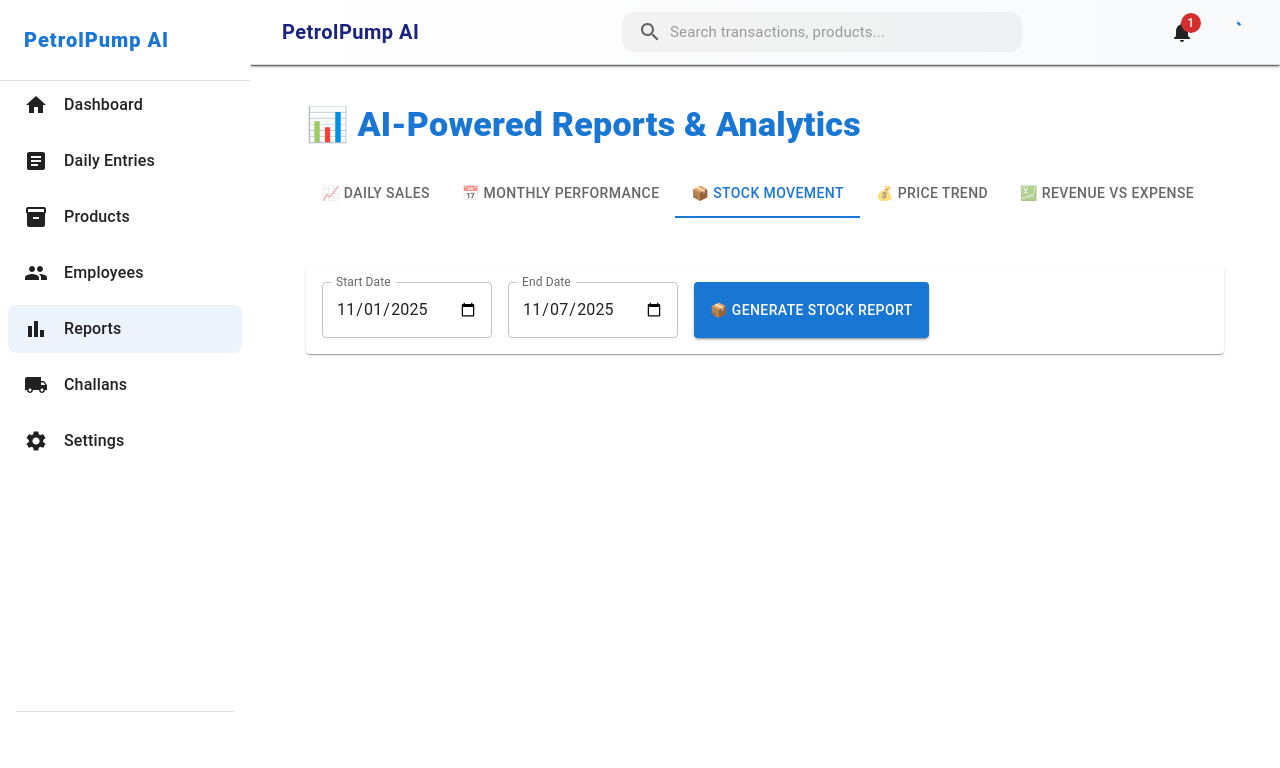
Repository: saquib0509/AI-Enabled-Retail-Management-
Page: /reports (app in frontend/), after clicking the first element matching `#tab-2`
These files come from the project's save history. The page is drawn as it stood at one moment and after a run of saves; the edit follows.
The browser window is 1280 px wide. The pictures show the whole page.
The page's requests for data from a server got no answer. The project was rebuilt for these pictures with package versions that can differ from the ones it lists, and the page was loaded fresh each time. No one was signed in, and anything a server would have sent is missing. Also part of the build but not shown: frontend/vite.config.ts, frontend/src/pages/Dashboard.tsx, frontend/src/components/DailyEntryForm.tsx, frontend/src/components/EmployeeList.tsx, frontend/src/components/EmployeeForm.tsx, frontend/src/components/EmployeeAttendance.tsx, frontend/src/components/EmployeeSalary.tsx, frontend/src/pages/Employees.tsx and 8 more.

Above is the page before, as saved 2025-11-08 23:26:56.

After the next 2 saves:
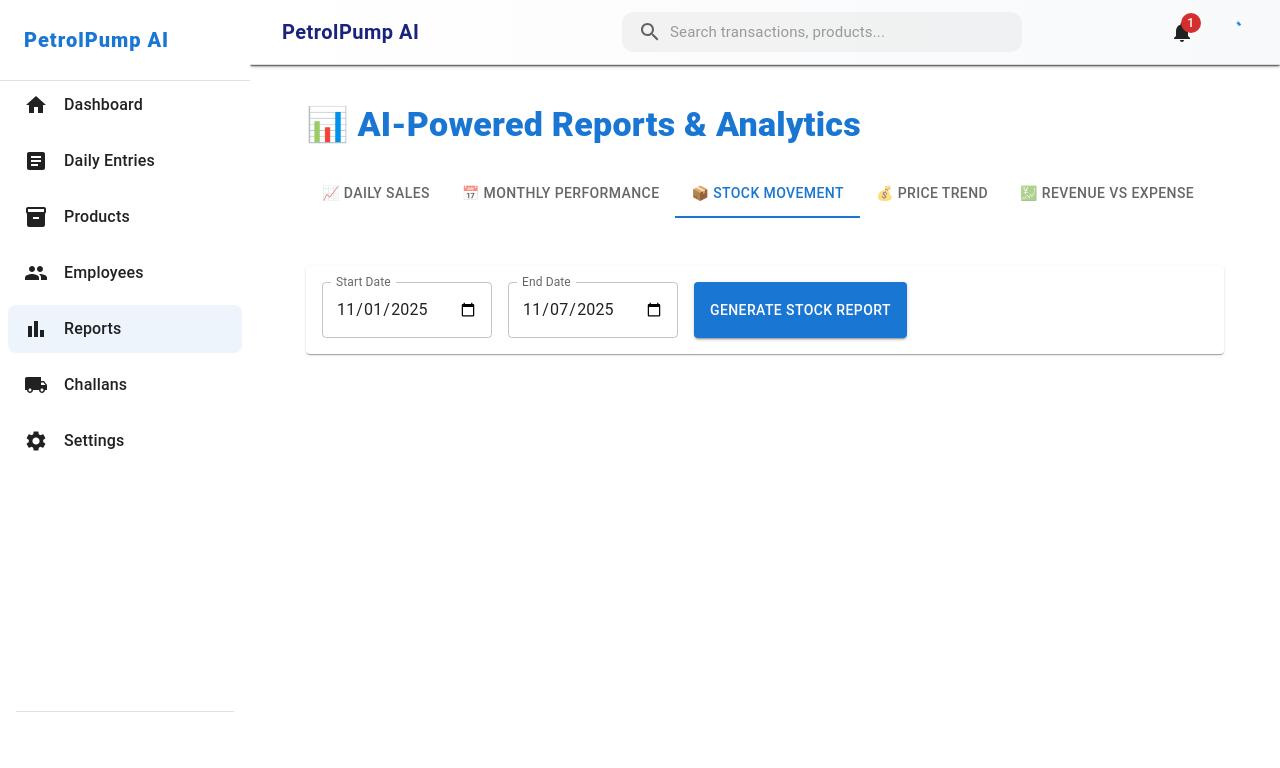
The 2 saves are shown as one change because they came seconds apart.
The last was saved 7 s later.
--- a/frontend/src/components/Reports/StockMovementReport.tsx
+++ b/frontend/src/components/Reports/StockMovementReport.tsx
@@ -56,7 +56,7 @@ const StockMovementReport: FC = () => {
       );
       setReport(res.data);
     } catch (error) {
-      console.error('❌ Error fetching stock report:', error);
+      console.error('Error fetching stock report:', error);
     } finally {
       setLoading(false);
     }
@@ -81,7 +81,7 @@ const StockMovementReport: FC = () => {
             InputLabelProps={{ shrink: true }}
           />
           <Button variant="contained" onClick={fetchReport} disabled={loading}>
-            {loading ? '⏳ Loading...' : '📦 Generate Stock Report'}
+            {loading ? 'Loading...' : 'Generate Stock Report'}
           </Button>
         </Stack>
       </Paper>
